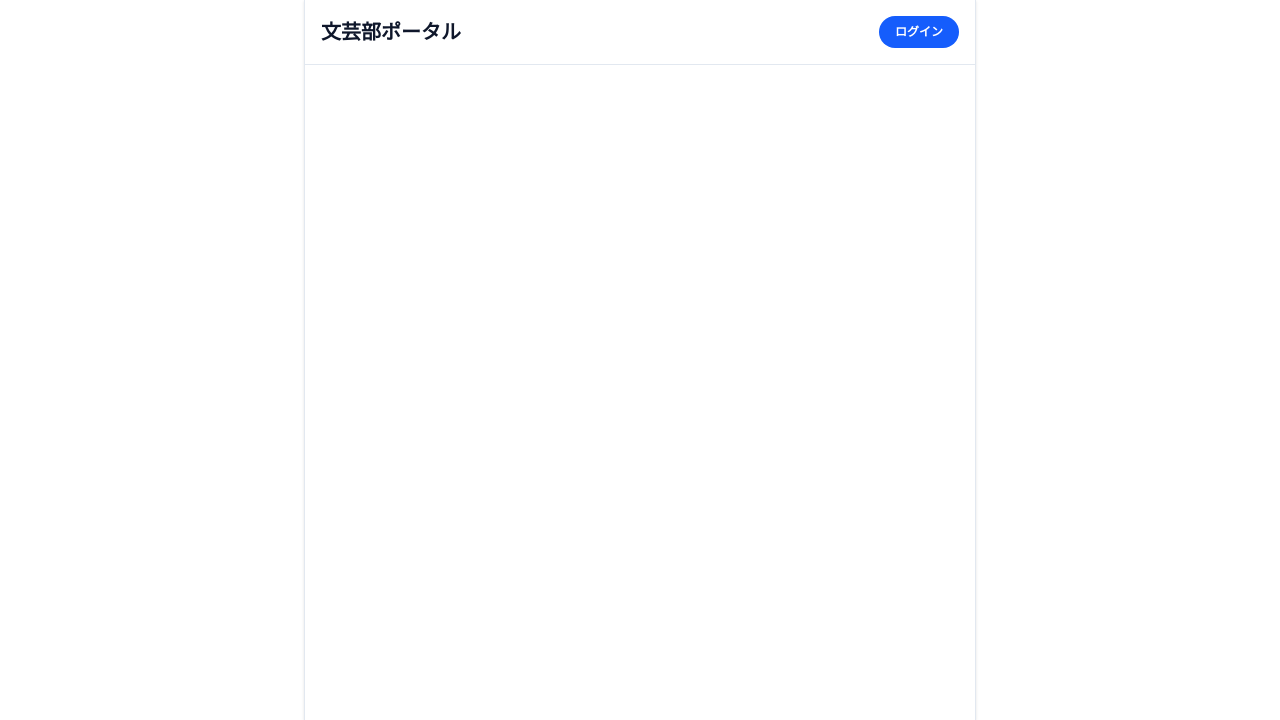
Repository: P-man2976/Literary-club-app
Page: /
The author's editor kept a copy of each file at every save. The page is drawn from the files as they stood at one save, then again after the next save.
The browser window is 1280 px wide. The pictures show the whole page.
The page's requests for data from a server got no answer. The project was rebuilt for these pictures with package versions that can differ from the ones it lists, and the page was loaded fresh each time. The framework's server and built-in components were replaced by stand-ins that run in the browser. No one was signed in, and anything a server would have sent is missing. Also part of the build but not shown: next.config.ts.

Above is the page before, as saved 2026-01-31 12:47:04.

### app/layout.tsx
import type { Metadata } from "next";
import { Geist, Geist_Mono } from "next/font/google";
import "./globals.css";
// 先ほど作成したProviderを読み込む
import { NextAuthProvider } from "./components/NextAuthProvider";

const geistSans = Geist({
  variable: "--font-geist-sans",
  subsets: ["latin"],
});

const geistMono = Geist_Mono({
  variable: "--font-geist-mono",
  subsets: ["latin"],
});

export const metadata: Metadata = {
  title: "文芸部ポータル",
  description: "部員限定の投稿プラットフォーム",
};

// Next.jsはこの "export default function" を探しています
export default function RootLayout({
  children,
}: Readonly<{
  children: React.ReactNode;
}>) {
  return (
    <html lang="ja">
      <body className={`${geistSans.variable} ${geistMono.variable} antialiased`}>
        {/* これで全体を包む */}
        <NextAuthProvider>
          {children}
        </NextAuthProvider>
      </body>
    </html>
  );
}

### app/page.tsx
"use client";

import { useSession, signIn, signOut } from "next-auth/react";
import { useState, useEffect } from "react";
import Link from "next/link";

// 型定義
type Comment = {
  commentId: string;
  text: string;
  author: string;
  createdAt: number;
};
type Post = {
  id: string;
  author: string;
  title: string;
  body: string;
  tag: string;
  createdAt: number;
  comments?: Comment[]; // オプショナルで追加
};

export default function Home() {
  const { data: session, status } = useSession();
  const [openPostId, setOpenPostId] = useState<string | null>(null); // stringに変更
  const [posts, setPosts] = useState<Post[]>([]);
  const [newPost, setNewPost] = useState<Partial<Post>>({ title: "", body: "", tag: "創作" });
  const [isFormOpen, setIsFormOpen] = useState(false);

  const fetchPosts = async () => {
    const res = await fetch("/api/posts");
    const postsData: Post[] = await res.json();

    if (Array.isArray(postsData)) {
      // 各投稿に対してコメントを取得する（並列実行）
      const postsWithComments = await Promise.all(postsData.map(async (post) => {
        const cRes = await fetch(`/api/comments?postId=${post.id}`);
        const cData = await cRes.json();
        return { ...post, comments: cData };
      }));
      setPosts(postsWithComments);
    }
  };
  // ページを開いた時に実行する
  useEffect(() => {
    // ログイン・未ログインに関わらず投稿を取得する
    fetchPosts();
  }, []);

  // 1. コメント入力用のStateを投稿IDごとに管理
  const [commentTexts, setCommentTexts] = useState<{ [key: string]: string }>({});
  // 2. コメント保存関数
  const saveComment = async (postId: string) => {
    const text = commentTexts[postId];
    if (!text) return;

    try {
      // ※API側でコメントを受け取れるようにする必要があります（後述）
      const response = await fetch("/api/comments", {
        method: "POST",
        headers: { "Content-Type": "application/json" },
        body: JSON.stringify({
          postId: postId,
          text: text,
          author: session?.user?.name || "匿名部員", // ログインしてなければ「匿名部員」
        }),
      });

      if (response.ok) {
        setCommentTexts({ ...commentTexts, [postId]: "" });
        alert("感想を送信しました！");
        fetchPosts(); // コメント反映のために再取得
      }
    } catch (error) {
      console.error(error);
    }
  };

  const handleFileChange = async (e: React.ChangeEvent<HTMLInputElement>) => {
    const file = e.target.files?.[0];
    if (!file) return;

    // ファイル名（拡張子抜き）をタイトルに自動セットする
    const fileName = file.name.replace(/\.[^/.]+$/, "");

    if (file.type === "text/plain") {
      const text = await file.text();
      setNewPost((prev) => ({ ...prev, title: fileName, body: text }));
    } else if (file.type === "application/pdf") {
      // PDFは後でライブラリを入れるので、今はとりあえずタイトルだけ
      setNewPost((prev) => ({ ...prev, title: fileName, body: "PDF解析機能は実装中です..." }));
    }
  };

  const saveToAWS = async () => {
    if (!newPost.title || !newPost.body) return;
    try {
      const response = await fetch("/api/posts", {
        method: "POST",
        headers: { "Content-Type": "application/json" },
        body: JSON.stringify({ ...newPost, author: session?.user?.name || "匿名部員" }),
      });
      if (response.ok) {
        alert("保存しました！");
        setNewPost({ title: "", body: "", tag: "創作" });
        fetchPosts(); // リストを更新
      }
    } catch (error) { console.error(error); }
  };


  // 1. ロード中
  if (status === "loading") return <div className="p-10 text-center text-slate-500">読み込み中...</div>;

  // 2. 未ログイン（紹介画面）
  return (
    <main className="min-h-screen bg-white text-slate-900 max-w-2xl mx-auto border-x border-slate-200 shadow-sm pb-40">
      {/* ヘッダー */}
        <header className="sticky top-0 bg-white/90 backdrop-blur-md border-b border-slate-200 p-4 z-30">
          <div className="flex justify-between items-center">
            <h1 className="text-xl font-black text-slate-900">文芸部ポータル</h1>

            {session ? (
              /* ログイン済み：設定へのリンク */
              <Link href="/settings" className="relative h-9 w-9 rounded-full overflow-hidden border-2 border-slate-100">
                <img src={session.user?.image || ""} alt="" className="object-cover" />
              </Link>
            ) : (
              /* 未ログイン：ログインボタンを表示 */
              <button
                onClick={() => signIn("google")}
                className="text-xs bg-blue-600 text-white px-4 py-2 rounded-full font-bold hover:bg-blue-700 transition"
              >
                ログイン
              </button>
            )}
          </div>
        </header>

      {/* 投稿一覧 */}
      <div className="divide-y divide-slate-200">
        {posts.map((post) => (
          <article key={post.id} className="p-4 hover:bg-slate-50 cursor-pointer" onClick={() => setOpenPostId(openPostId === post.id ? null : post.id)}>
            <div className="flex items-center gap-2 mb-2">
              <span className="font-bold text-slate-900">{post.author}</span>
              <span className="text-xs bg-slate-200 px-2 py-0.5 rounded text-slate-700">{post.tag}</span>
            </div>
            <h2 className="text-lg font-bold text-slate-900 mb-1">{post.title}</h2>

            {openPostId === post.id ? (
              <>
                <div className="mt-4 p-4 bg-slate-100 rounded-lg border-l-4 border-blue-500 shadow-inner">
                  <p className="whitespace-pre-wrap text-slate-800 leading-relaxed font-medium">{post.body}</p>
                </div>
                {/* コメント欄セクション */}
                <div className="mt-4 pt-4 border-t border-slate-200">
                  <p className="text-xs font-bold text-slate-400 mb-2">コメント</p>
                  {/* 👇 保存済みのコメントを表示 */}
                  <div className="space-y-3 mb-4">
                    {post.comments && post.comments.length > 0 ? (
                      post.comments.map((comment) => (
                        <div key={comment.commentId} className="bg-slate-50 p-3 rounded-lg border border-slate-100">
                          <div className="flex justify-between items-center mb-1">
                            <span className="text-xs font-bold text-slate-700">{comment.author}</span>
                            <span className="text-[10px] text-slate-400">
                              {new Date(comment.createdAt).toLocaleString('ja-JP')}
                            </span>
                          </div>
                          <p className="text-sm text-slate-800">{comment.text}</p>
                        </div>
                      ))
                    ) : (
                      <p className="text-xs text-slate-400 italic">まだ感想はありません。最初の読者になりましょう！</p>
                    )}
                  </div>

                  {/* 入力欄（ここは既存のまま、少しだけ調整） */}
                  <div className="flex gap-2">
                    <input
                      type="text"
                      placeholder="匿名で感想を書く..."
                      value={commentTexts[post.id] || ""}
                      onChange={(e) => setCommentTexts({ ...commentTexts, [post.id]: e.target.value })}
                      className="flex-1 text-sm border border-slate-200 rounded-full px-4 py-2 focus:outline-none focus:border-blue-500 focus:ring-1 focus:ring-blue-500"
                      onClick={(e) => e.stopPropagation()}
                    />
                    <button
                      onClick={(e) => {
                        e.stopPropagation();
                        saveComment(post.id);
                      }}
                      className="bg-slate-900 text-white px-4 py-2 rounded-full text-xs font-bold hover:bg-blue-600 transition-colors"
                    >
                      送信
                    </button>
                  </div>
                </div>
              </>
            ) : (
              <p className="text-slate-600 text-sm font-medium">クリックして読む...</p>
            )}
          </article>
        ))}
      </div>

      {/* 投稿エリア（ログイン時のみ） */}
      {session && (
        <div className="fixed bottom-0 left-0 right-0 bg-white border-t border-slate-200 p-6 shadow-2xl max-w-2xl mx-auto z-20">
          <p className="text-xs font-black text-slate-700 mb-3 uppercase">【部員専用】作品をAWSに投稿する</p>
          <input type="file" accept=".txt" onChange={handleFileChange} className="block w-full text-sm text-slate-500 file:mr-4 file:py-2 file:px-4 file:rounded-full file:border-0 file:text-sm file:font-bold file:bg-blue-600 file:text-white" />
          {newPost.title && (
            <div className="mt-3 flex items-center justify-between bg-blue-50 p-3 rounded-lg border border-blue-100">
              <span className="text-sm font-bold text-blue-900 truncate">準備完了: {newPost.title}</span>
              <button onClick={saveToAWS} className="bg-green-600 text-white px-4 py-1.5 rounded-md text-sm font-bold">保存を実行</button>
            </div>
          )}
        </div>
      )}
    </main>
  );
}

### app/components/NextAuthProvider.tsx
"use client";

import { SessionProvider } from "next-auth/react";

export const NextAuthProvider = ({ children }: { children: React.ReactNode }) => {
  return <SessionProvider>{children}</SessionProvider>;
};

Loaded but not shown: app/globals.css (common file)

After the next save:
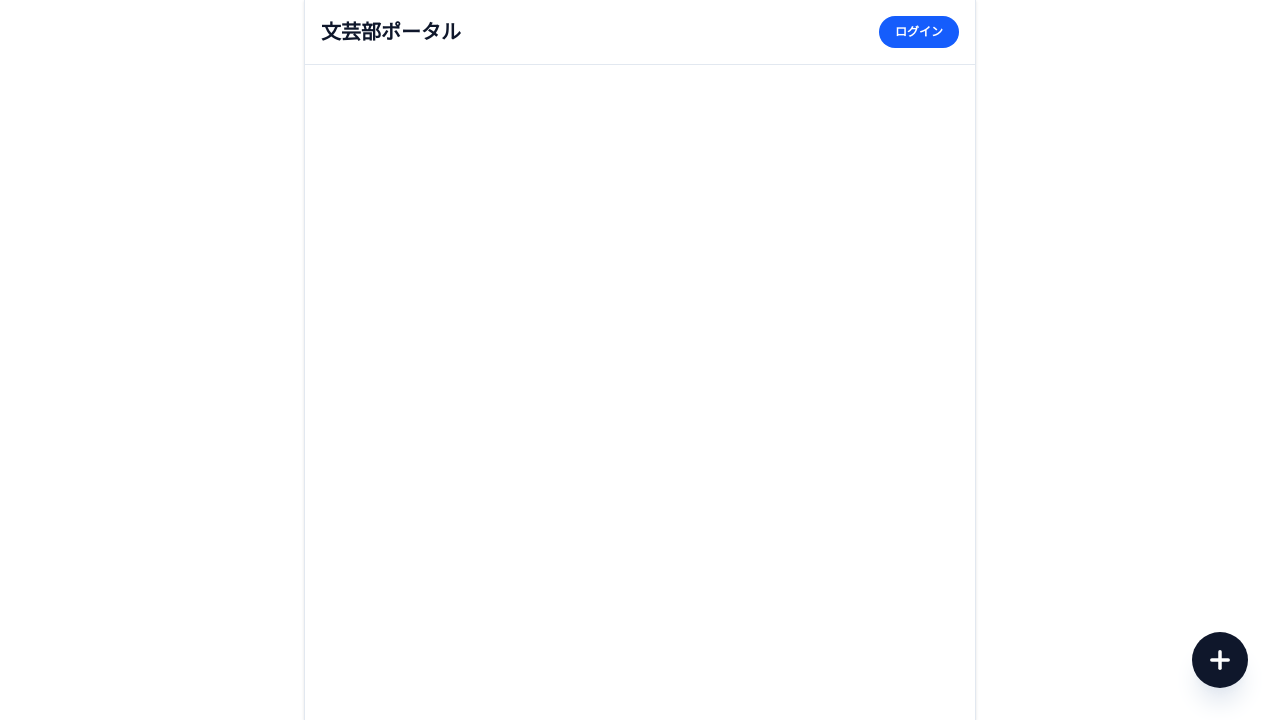
Saved 39 s later.
--- a/app/page.tsx
+++ b/app/page.tsx
@@ -205,18 +205,66 @@ export default function Home() {
       </div>
 
       {/* 投稿エリア（ログイン時のみ） */}
-      {session && (
-        <div className="fixed bottom-0 left-0 right-0 bg-white border-t border-slate-200 p-6 shadow-2xl max-w-2xl mx-auto z-20">
-          <p className="text-xs font-black text-slate-700 mb-3 uppercase">【部員専用】作品をAWSに投稿する</p>
-          <input type="file" accept=".txt" onChange={handleFileChange} className="block w-full text-sm text-slate-500 file:mr-4 file:py-2 file:px-4 file:rounded-full file:border-0 file:text-sm file:font-bold file:bg-blue-600 file:text-white" />
-          {newPost.title && (
-            <div className="mt-3 flex items-center justify-between bg-blue-50 p-3 rounded-lg border border-blue-100">
-              <span className="text-sm font-bold text-blue-900 truncate">準備完了: {newPost.title}</span>
-              <button onClick={saveToAWS} className="bg-green-600 text-white px-4 py-1.5 rounded-md text-sm font-bold">保存を実行</button>
-            </div>
-          )}
+      {/* 右下の投稿ボタン (FAB) */}
+<div className="fixed bottom-8 right-8 z-50 flex flex-col items-end gap-4">
+  {/* 投稿フォーム本体（開いている時だけ表示） */}
+  {isFormOpen && session && (
+    <div className="mb-2 w-72 sm:w-80 bg-white border border-slate-200 p-5 rounded-3xl shadow-2xl animate-in fade-in slide-in-from-bottom-4 duration-300">
+      <div className="flex justify-between items-center mb-4">
+        <p className="text-xs font-black text-slate-700 uppercase">作品を投稿</p>
+        <button onClick={() => setIsFormOpen(false)} className="text-slate-400 hover:text-slate-600">
+          <svg xmlns="http://www.w3.org/2000/svg" width="20" height="20" viewBox="0 0 24 24" fill="none" stroke="currentColor" strokeWidth="2" strokeLinecap="round" strokeLinejoin="round"><path d="M18 6 6 18"/><path d="m6 6 12 12"/></svg>
+        </button>
+      </div>
+
+      <input
+        type="file"
+        accept=".txt"
+        onChange={handleFileChange}
+        className="block w-full text-xs text-slate-500 file:mr-3 file:py-2 file:px-4 file:rounded-full file:border-0 file:text-xs file:font-bold file:bg-blue-50 file:text-blue-700 hover:file:bg-blue-100"
+      />
+
+      {newPost.title && (
+        <div className="mt-4 p-3 bg-blue-50 rounded-xl border border-blue-100">
+          <p className="text-[10px] text-blue-400 font-bold uppercase mb-1">Ready to Upload</p>
+          <p className="text-sm font-bold text-blue-900 truncate mb-3">{newPost.title}</p>
+          <button
+            onClick={async () => {
+              await saveToAWS();
+              setIsFormOpen(false); // 送信後に閉じる
+            }}
+            className="w-full bg-blue-600 text-white py-2 rounded-lg text-sm font-bold hover:bg-blue-700 shadow-md shadow-blue-200"
+          >
+            保存を実行
+          </button>
         </div>
       )}
+    </div>
+  )}
+
+  {/* 丸いメインボタン */}
+  <button
+    onClick={() => {
+      if (session) {
+        setIsFormOpen(!isFormOpen);
+      } else {
+        signIn("google"); // 未ログインならログインさせる
+      }
+    }}
+    className={`${
+      session ? "bg-blue-600 shadow-blue-200" : "bg-slate-900 shadow-slate-200"
+    } h-14 w-14 rounded-full flex items-center justify-center text-white shadow-xl hover:scale-110 active:scale-95 transition-all duration-200 group`}
+  >
+    {isFormOpen ? (
+      <svg xmlns="http://www.w3.org/2000/svg" width="28" height="28" viewBox="0 0 24 24" fill="none" stroke="currentColor" strokeWidth="3" strokeLinecap="round" strokeLinejoin="round"><path d="M18 6 6 18"/><path d="m6 6 12 12"/></svg>
+    ) : (
+      <div className="flex items-center justify-center">
+        <svg xmlns="http://www.w3.org/2000/svg" width="28" height="28" viewBox="0 0 24 24" fill="none" stroke="currentColor" strokeWidth="3" strokeLinecap="round" strokeLinejoin="round"><path d="M5 12h14"/><path d="M12 5v14"/></svg>
+        {!session && <span className="absolute -top-10 right-0 bg-slate-800 text-white text-[10px] px-2 py-1 rounded-md whitespace-nowrap opacity-0 group-hover:opacity-100 transition-opacity">ログインして投稿</span>}
+      </div>
+    )}
+  </button>
+</div>
     </main>
   );
 }
